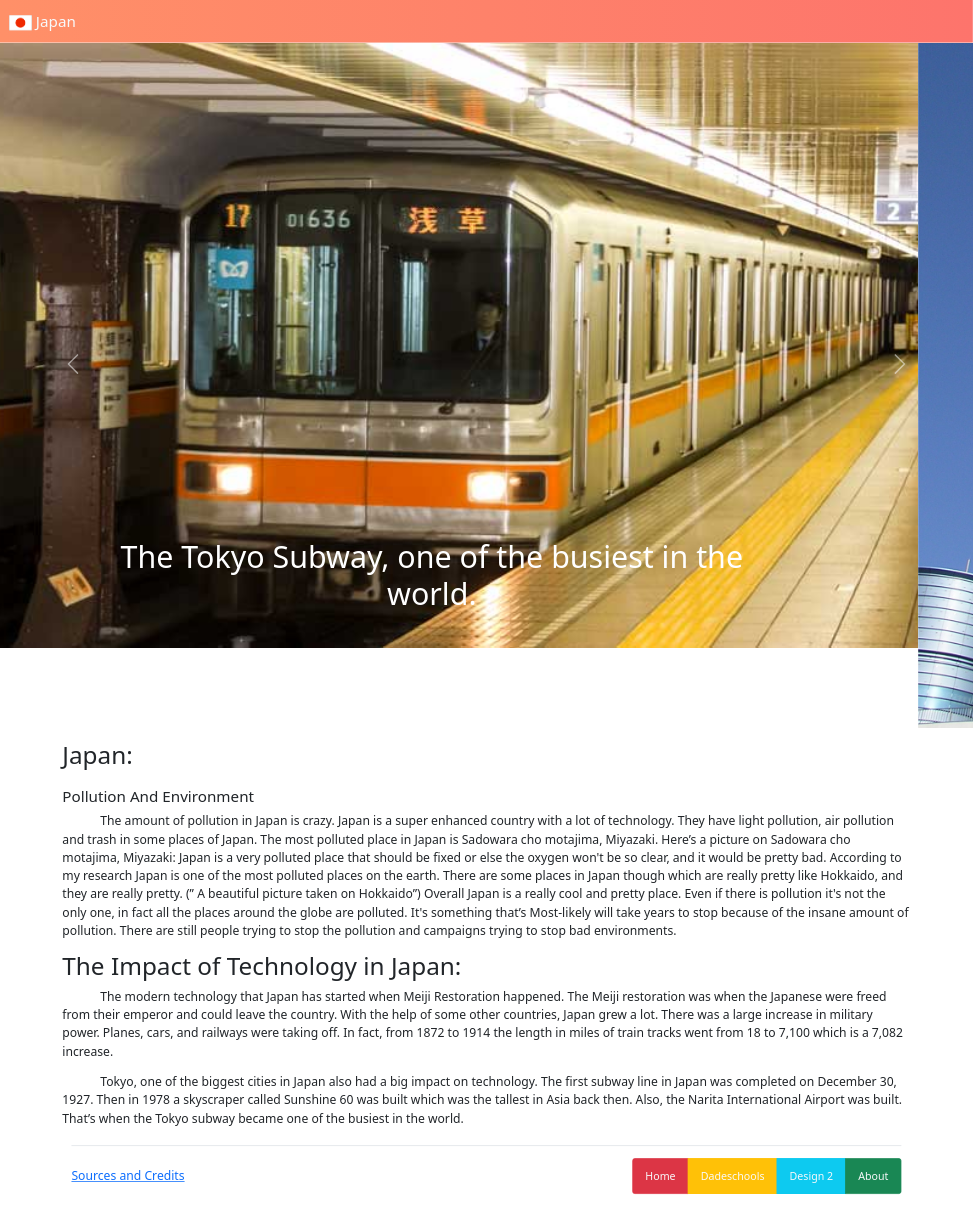
Repository: mrchilliballs/mrchilliballs.github.io
Page: index.html
An editor plug-in stored every save of this project. The page is shown before and after a run of saves, followed by the edit.
The browser window is 1280 px wide. The pictures show the whole page, at 76% of full size.

Above is the page before, as saved 2021-09-03 16:41:45.
Console error: ReferenceError: $ is not defined

### index.html
<!DOCTYPE html>
<html lang="en">
<head>
    <meta charset="UTF-8">
    <meta http-equiv="X-UA-Compatible" content="IE=edge">
    <!-- CSS only -->
<link href="https://cdn.jsdelivr.net/npm/bootstrap@5.1.0/dist/css/bootstrap.min.css" rel="stylesheet" integrity="sha384-KyZXEAg3QhqLMpG8r+8fhAXLRk2vvoC2f3B09zVXn8CA5QIVfZOJ3BCsw2P0p/We" crossorigin="anonymous">
    <meta name="viewport" content="width=device-width, initial-scale=1.0">
    <title>Document</title>
    <style>
    </style>
</head>
<body>
    <nav class="navbar navbar-light bg-light fixed-top" style="background: #fd746c;  /* fallback for old browsers */
    background: -webkit-linear-gradient(to right, #ff9068, #fd746c);  /* Chrome 10-25, Safari 5.1-6 */
    background: linear-gradient(to right, #ff9068, #fd746c); /* W3C, IE 10+/ Edge, Firefox 16+, Chrome 26+, Opera 12+, Safari 7+ */
    ">
        <div class="container-fluid">
          <a class="navbar-brand" href="#">
            <img src="japan.gif" alt="" width="30" height="20 class="d-inline-block align-text-top">
            <span class="text-light">Japan</span>
          </a>
        </div>
      </nav>
      <div id="carouselExampleIndicators" class="carousel slide" data-bs-ride="carousel" data-interval="false">
        <div class="carousel-indicators">
          <button type="button" data-bs-target="#carouselExampleIndicators" data-bs-slide-to="0" class="active" aria-current="true" aria-label="Slide 1"></button>
          <button type="button" data-bs-target="#carouselExampleIndicators" data-bs-slide-to="1" aria-label="Slide 2"></button>
          <button type="button" data-bs-target="#carouselExampleIndicators" data-bs-slide-to="2" aria-label="Slide 3"></button>
          <button type="button" data-bs-target="#carouselExampleIndicators" data-bs-slide-to="3" aria-label="Slide 4"></button>
          <!-- added -->
          <button type="button" data-bs-target="#carouselExampleIndicators" data-bs-slide-to="4" aria-label="Slide 5"></button>
          <button type="button" data-bs-target="#carouselExampleIndicators" data-bs-slide-to="5" aria-label="Slide 6"></button>
          <button type="button" data-bs-target="#carouselExampleIndicators" data-bs-slide-to="6" aria-label="Slide 7"></button>
          <button type="button" data-bs-target="#carouselExampleIndicators" data-bs-slide-to="7" aria-label="Slide 8"></button>
        </div>
        <div class="carousel-inner">
          <div class="carousel-item active">
            <img src="subway.jpg" class="d-block w-100" alt="...">
            <div class="carousel-caption d-none d-md-block">
              <h1>The Tokyo Subway, one of the busiest in the world. </h1>
            </div>
          </div>
          <div class="carousel-item">
            <img src="sunshine.jpg" class="d-block w-100" alt="...">
            <div class="carousel-caption d-none d-md-block">
              <h1>Sunshine 60, this building was once the tallest in Asia.</h1>
            </div>
          </div>
          <div class="carousel-item">
            <img src="peepee.jpg" class="d-block w-100" alt="...">
            <div class="carousel-caption d-none d-md-block">
              <h1>This is a beautiful picture of Japan.</h1>
            </div>
          </div>
          <div class="carousel-item">
            <img src="poopoo.jpg" class="d-block w-100" alt="...">
            <div class="carousel-caption d-none d-md-block">
              <h1>An example of pollution in Japan.</h1>
            </div>
          </div>
          <div class="carousel-item">
            <img src="floppy.jpg" class="d-block w-100" alt="...">
            <div class="carousel-caption d-none d-md-block">
              <h1>The floppy disk was invented in Japan.</h1>
            </div>
          </div>
          <div class="carousel-item">
            <img src="gps.jpg" class="d-block w-100" alt="...">
            <div class="carousel-caption d-none d-md-block">
              <h1>The GPS disk was invented in Japan.</h1>
            </div>
          </div>
          <div class="carousel-item">
            <img src="shred.jpg" class="d-block w-100" alt="...">
            <div class="carousel-caption d-none d-md-block">
              <h1>The shredder disk was invented in Japan.</h1>
            </div>
          </div>
          <div class="carousel-item">
            <img src="kar.jpg" class="d-block w-100" alt="...">
            <div class="carousel-caption d-none d-md-block">
              <h1>Karaoke disk was invented in Japan.</h1>
            </div>
          </div>
          <div class="carousel-item">
            <img src="antena.jpg" class="d-block w-100" alt="...">
            <div class="carousel-caption d-none d-md-block">
              <h1>The antenna disk was invented in Japan.</h1>
            </div>
          </div>
        </div>
        <button class="carousel-control-prev" type="button" data-bs-target="#carouselExampleIndicators" data-bs-slide="prev">
          <span class="carousel-control-prev-icon" aria-hidden="true"></span>
          <span class="visually-hidden">Previous</span>
        </button>
        <button class="carousel-control-next" type="button" data-bs-target="#carouselExampleIndicators" data-bs-slide="next">
          <span class="carousel-control-next-icon" aria-hidden="true"></span>
          <span class="visually-hidden">Next</span>
        </button>
      </div>
    <main class="container">
        <h2 style="margin-bottom: 0 !important;" class="mt-5 mt-sm-3">Japan:</h2> <br><h5>Pollution And Environment</h5>

<p style="text-indent: 50px;">The amount of pollution in Japan is crazy. Japan is a super enhanced country with a lot of technology.
They have light pollution, air pollution and trash in some places of Japan. The most polluted place in Japan is Sadowara cho motajima, Miyazaki. Here’s a picture on Sadowara cho motajima, Miyazaki:
  Japan is a very polluted place that should be fixed or else the oxygen won't be so clear, and it would be pretty bad. According to my research Japan is one of the most polluted places on the earth. There are some places in Japan though which are really pretty like Hokkaido, and they are really pretty.
     (” A beautiful picture taken on Hokkaido”)
Overall Japan is a really cool and pretty place. Even if there is pollution it's not the only one, in fact all the places around the globe are polluted. It's something that’s Most-likely will take years to stop because of the insane amount of pollution. There are still people trying to stop the pollution and campaigns trying to stop bad environments.
</p>
<h2>The Impact of Technology in Japan:</h2>
	<p style="text-indent: 50px;">The modern technology that Japan has started when Meiji Restoration happened. The Meiji restoration was when the Japanese were freed from their emperor and could leave the country. With the help of some other countries, Japan grew a lot. There was a large increase in military power. Planes, cars, and railways were taking off. In fact, from 1872 to 1914 the length in miles of train tracks went from 18 to 7,100 which is a 7,082 increase.
	<br></p><p style="text-indent: 50px;">Tokyo, one of the biggest cities in Japan also had a big impact on technology. The first subway line in Japan was completed on December 30, 1927. Then in 1978 a skyscraper called Sunshine 60 was built which was the tallest in Asia back then. Also, the Narita International Airport was built. That’s when the Tokyo subway became one of the busiest in the world.
        <div class="container">
            <footer class="d-flex flex-wrap justify-content-between align-items-center py-3 my-4 border-top" style="">
              <div class="dropdown">
                <a class="" href="#" role="button" id="dropdownMenuLink" data-bs-toggle="dropdown" aria-expanded="false">
                  Sources and Credits
                </a>

                <ul class="dropdown-menu" aria-labelledby="dropdownMenuLink">
                  <li><a class="dropdown-item" href="https://www.world-weather-travellers-guide.com/air-pollution-in-japan.htm">Source 1</a></li>
                  <li><a class="dropdown-item" href="https://www.nytimes.com/1964/12/26/archives/tokyo-troubled-by-air-pollution-emphasis-in-smog-control-is-still.html">Source 2</a></li>
                  <li><a class="dropdown-item" href="https://creativecommons.org/licenses/by-nc/2.0/s">Source 3</a></li>
                  <li><a class="dropdown-item" href="https://encyclopedia.1914-1918 online.net/article/science_and_technology_japan ">Source 4</a></li>
                  <li><a class="dropdown-item" href="https://en.wikipedia.org/wiki/Tokyo">Source 5</a></li>
                  <li><a class="dropdown-item" href="https://en.wikipedia.org/wiki/Meiji_Restoration ">Source 6</a></li>
                </ul>
              </div>
              <a href="/" class="col-md-4 d-flex align-items-center justify-content-center mb-3 mb-md-0 me-md-auto link-dark text-decoration-none">
                <svg class="bi me-2" width="40" height="32"><use xlink:href="#bootstrap"></use></svg>
              </a>

              <ul class="nav col-md-4 justify-content-end">
                <div class="btn-group" role="group" aria-label="Basic mixed styles example">
                  <button type="button" class="btn btn-danger btn-sm"><li class="nav-item"><a href="#" class="nav-link px-2 text-light">Home</a></li></button>
                  <button type="button" class="btn btn-warning btn-sm"><li class="nav-item"><a href="https://www3.dadeschools.net" class="nav-link px-2 text-light">Dadeschools</a></li></button>
                  <button type="button" class="btn btn-info btn-sm"><li class="nav-item"><a href="untitled-2.html" class="nav-link px-2 text-light">Design 2</a></li></button>
                  <button type="button" class="btn btn-success btn-sm"><li class="nav-item"><a class="nav-link px-2 text-light" href="#" role="button" id="dropdownMenuLink" data-bs-toggle="dropdown" aria-expanded="false">About</a><ul class="dropdown-menu" aria-labelledby="dropdownMenuLink1">
                    <li class="dropdown-item">We made this website using the programming <br> language "HTML".It took us a lot of work<br> and we hope we get a good grade on this <br>because we did our best on this website.</li>
                  </ul></li>
                  </button>
                </div>
              </ul>
            </footer>
          </div>
          <script>$(window).load(function() {
            $('.carousel').carousel('pause');
        });</script>
          <!-- JavaScript Bundle with Popper -->
<script src="https://cdn.jsdelivr.net/npm/bootstrap@5.1.0/dist/js/bootstrap.bundle.min.js" integrity="sha384-U1DAWAznBHeqEIlVSCgzq+c9gqGAJn5c/t99JyeKa9xxaYpSvHU5awsuZVVFIhvj" crossorigin="anonymous"></script>
    </main>
</body>
</html>

After the next 2 saves:
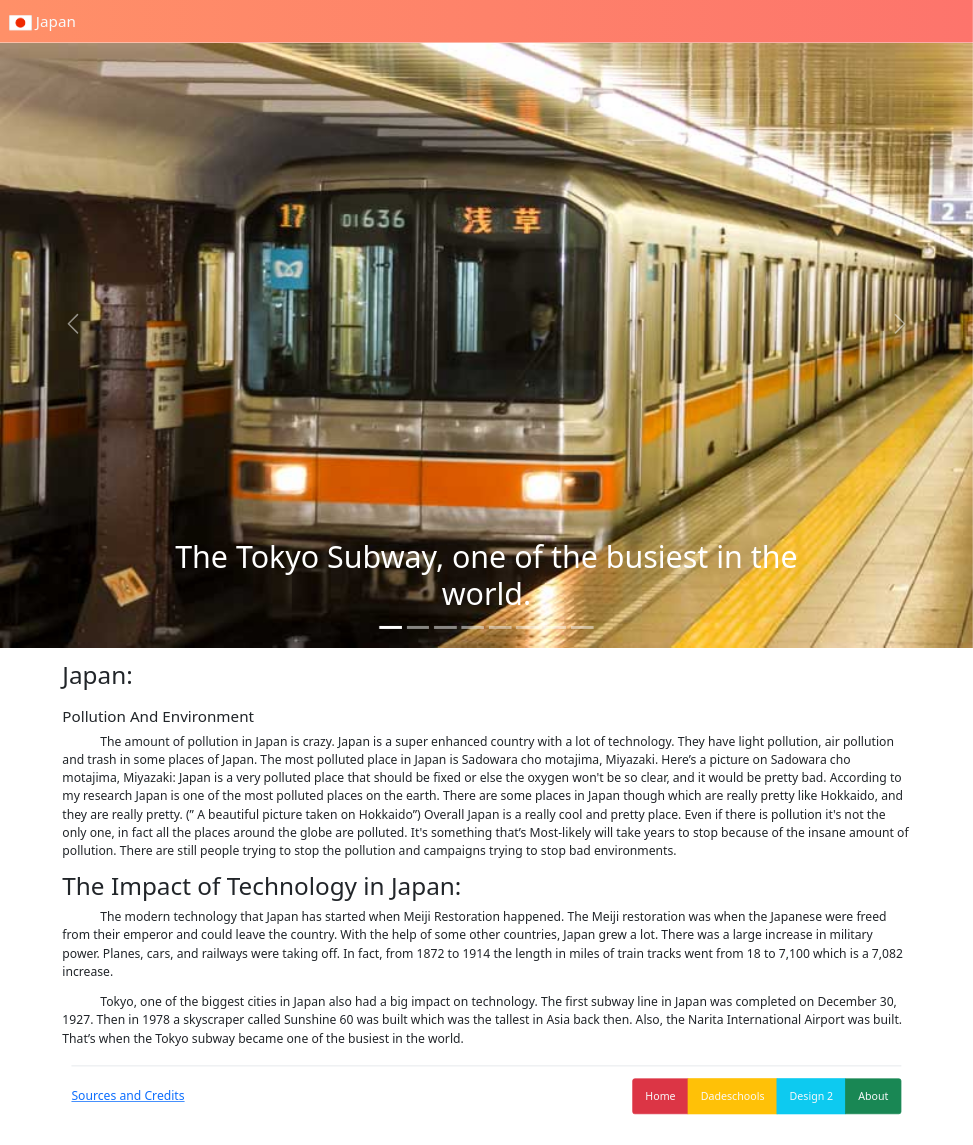
The error is gone.
The 2 saves are shown as one change because they came seconds apart.
The last was saved 19 s later.
--- a/index.html
+++ b/index.html
@@ -22,7 +22,7 @@
           </a>
         </div>
       </nav>
-      <div id="carouselExampleIndicators" class="carousel slide" data-bs-ride="carousel" data-interval="false">
+      <div id="carouselExampleIndicators" class="carousel slide" data-interval="false">
         <div class="carousel-indicators">
           <button type="button" data-bs-target="#carouselExampleIndicators" data-bs-slide-to="0" class="active" aria-current="true" aria-label="Slide 1"></button>
           <button type="button" data-bs-target="#carouselExampleIndicators" data-bs-slide-to="1" aria-label="Slide 2"></button>
@@ -144,9 +144,6 @@ Overall Japan is a really cool and pretty place. Even if there is pollution it's
               </ul>
             </footer>
           </div>
-          <script>$(window).load(function() {
-            $('.carousel').carousel('pause');
-        });</script>
           <!-- JavaScript Bundle with Popper -->
 <script src="https://cdn.jsdelivr.net/npm/bootstrap@5.1.0/dist/js/bootstrap.bundle.min.js" integrity="sha384-U1DAWAznBHeqEIlVSCgzq+c9gqGAJn5c/t99JyeKa9xxaYpSvHU5awsuZVVFIhvj" crossorigin="anonymous"></script>
     </main>
